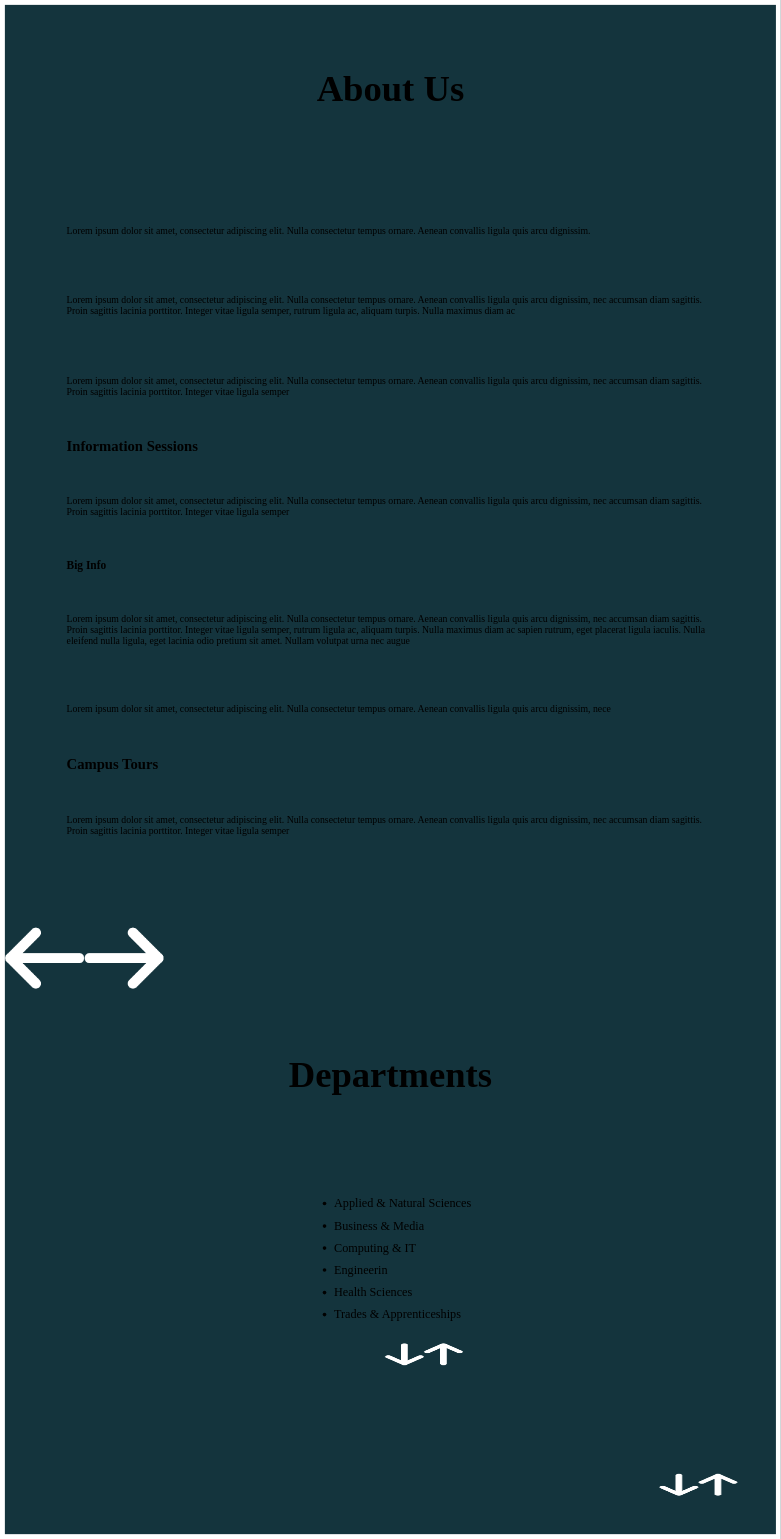
Repository: sierralaurent/MDIA2109-Assignment01
Page: /about
These files come from the project's save history. The page is drawn as it stood at one moment and after the next save; the edit follows.
The browser window is 1280 px wide. The pictures show the whole page, at 61% of full size.
The project was rebuilt for these pictures with package versions that can differ from the ones it lists, and the page was loaded fresh each time. The framework's server and built-in components were replaced by stand-ins that run in the browser. Also part of the build but not shown: next.config.js.

Above is the page before, as saved 2023-02-02 21:49:33.

After the next save:
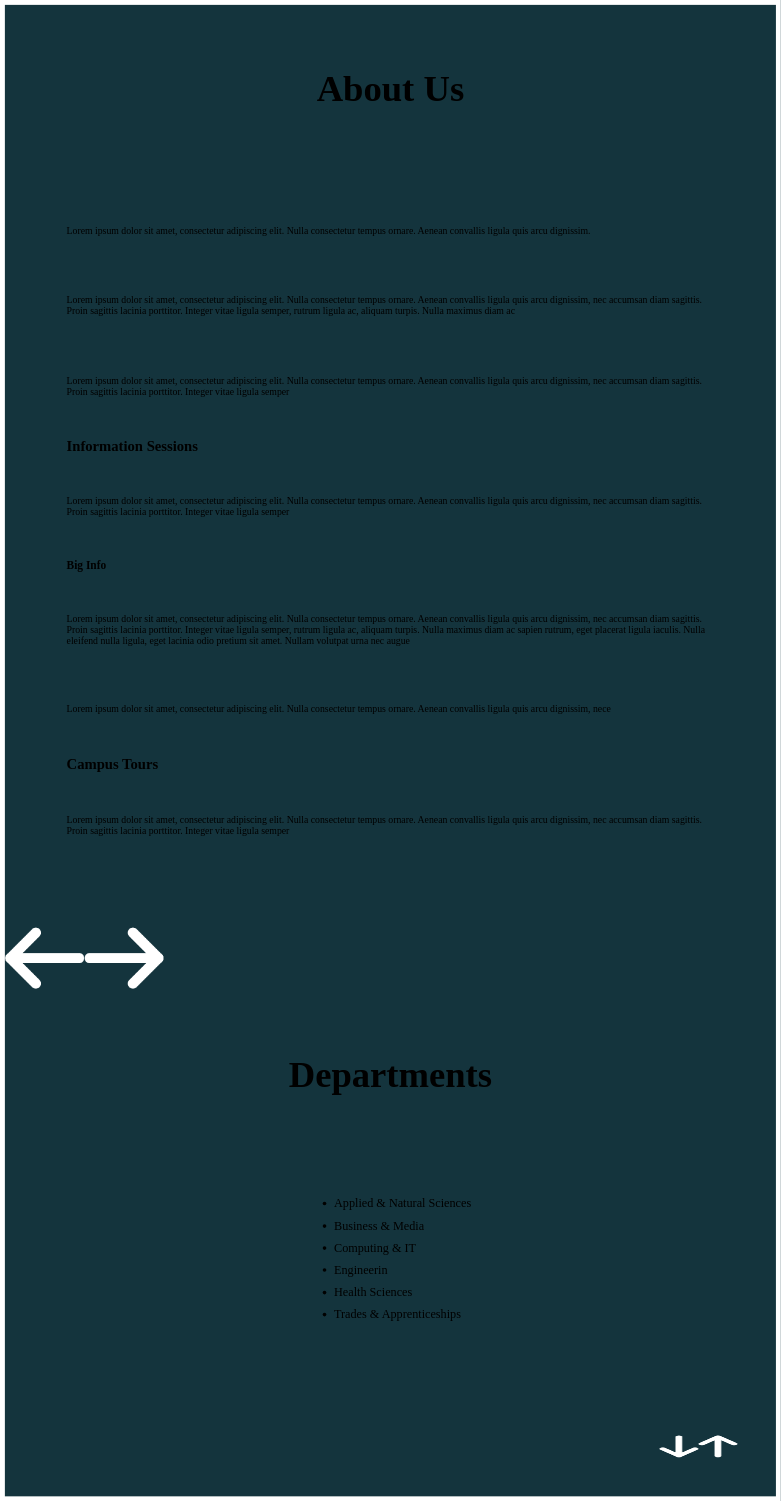
Saved 2 min 5 s later.
--- a/pages/about.js
+++ b/pages/about.js
@@ -49,14 +49,7 @@ export default function About() {
             <li>Health Sciences</li>
             <li>Trades & Apprenticeships</li>
         </ul>
-        <div className={styles.arrows}>
-            <a href="/contact">
-              <span>
-              <img src="icons/upwardArrow.png" className={styles.icon2}/>
-              <img src="icons/downwardArrow.png" className={styles.icon2}/>
-              </span>
-            </a>
-          </div>
+
         </div>
           </div>
         </div>
